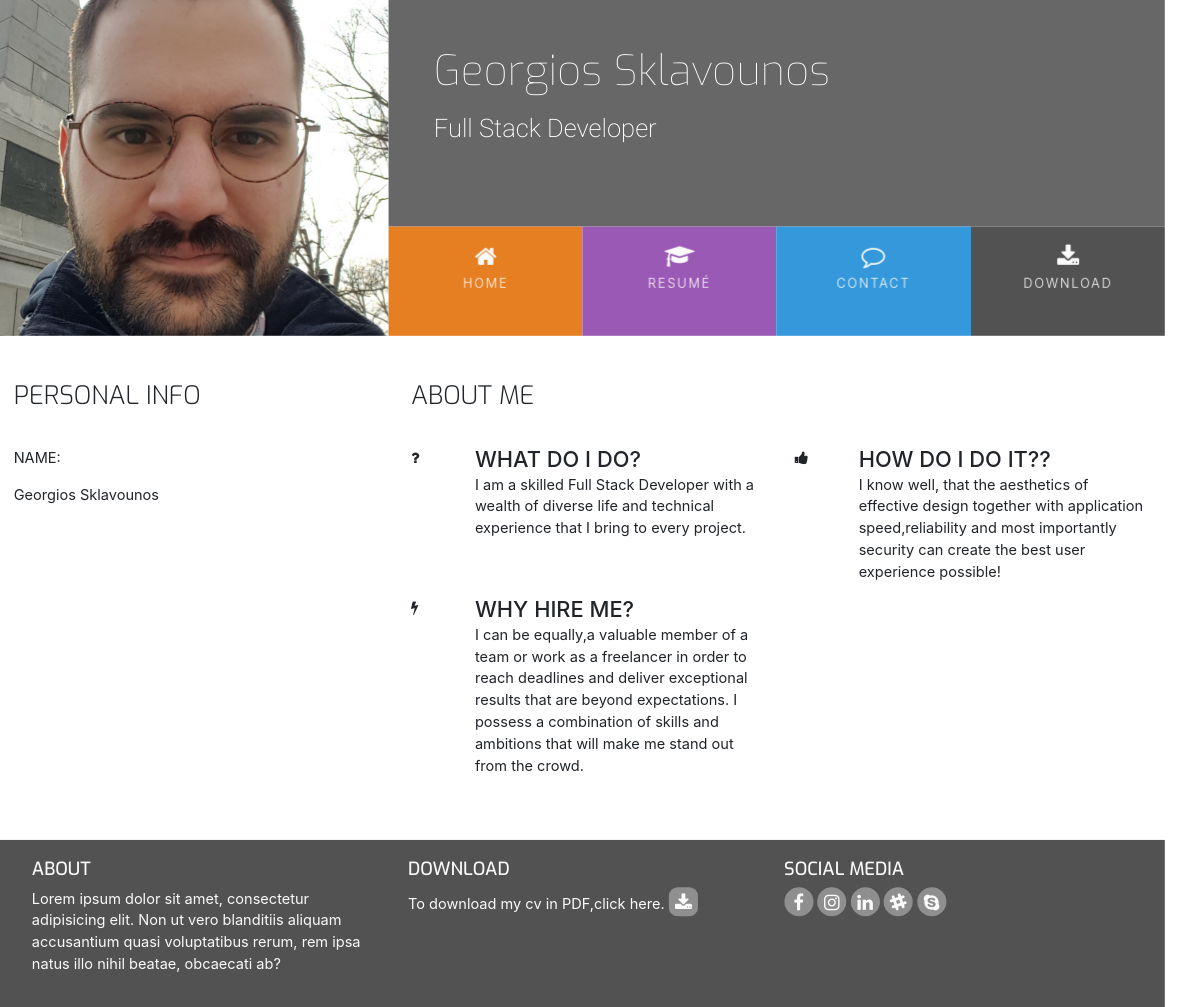
Repository: GeorgiosSklav/MyResume
Page: index.html
The author's editor kept a record of every edit. The page is drawn from the files as they stood at one moment, then again after the next edit.
The browser window is 1280 px wide. The page is 1295 px wide, so the pictures cover 1295 px, including what lies to the right of the window. The pictures show the whole page, at 91% of full size.

Above is the page before.

After the next edit:
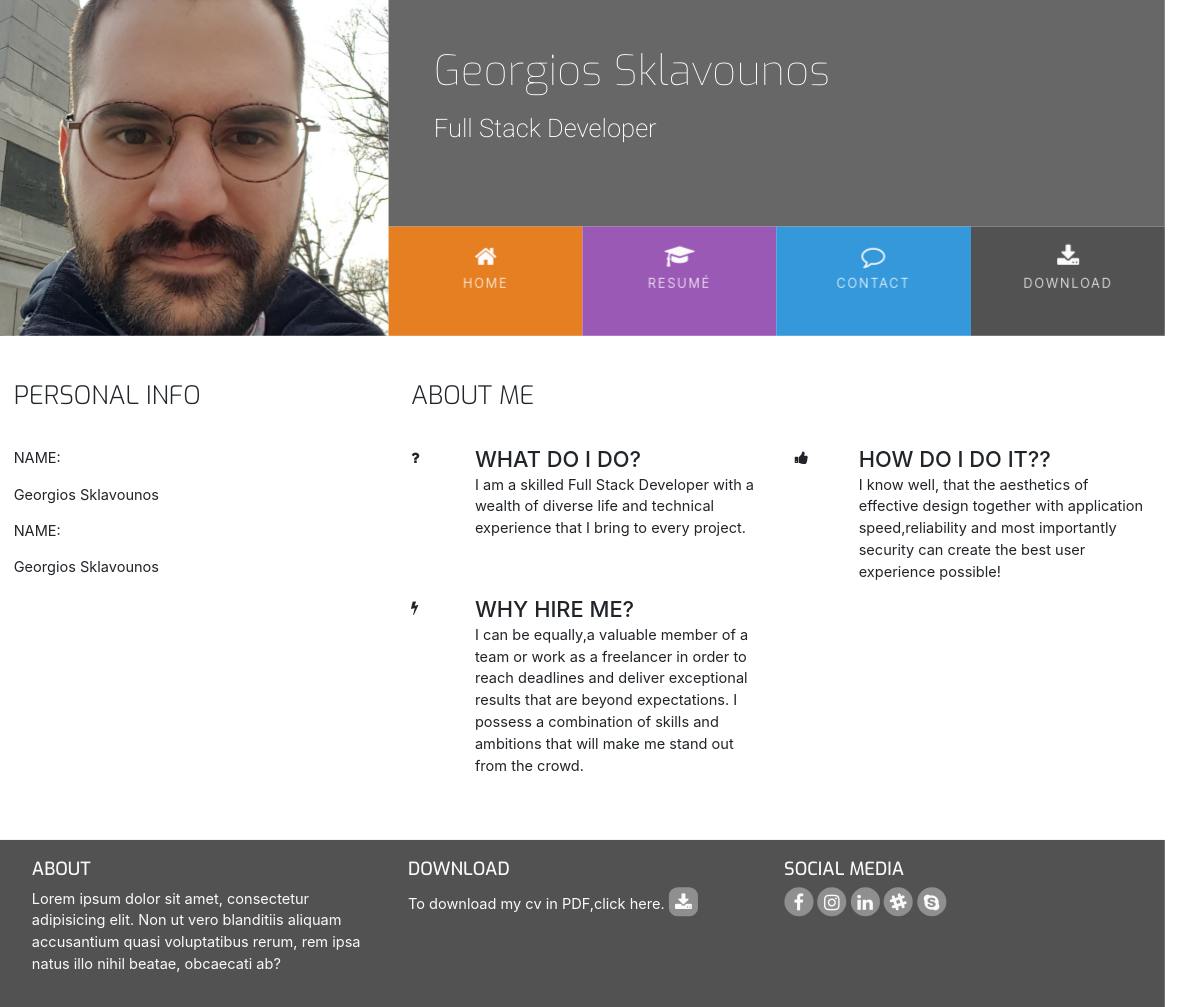
The edit:
--- a/index.html
+++ b/index.html
@@ -51,6 +51,14 @@
                 <div class="row">
                     <div class="col-12">
                         <h3 class="section-heading uppercase">Personal Info</h3>
+                    </div>
+                </div>
+                <div class="personal-info-item">
+                    <div class="key">
+                        <p class="uppercase">Name:</p>
+                    </div>
+                    <div class="value">
+                        <p>Georgios Sklavounos</p>
                     </div>
                 </div>
                 <div class="personal-info-item">
